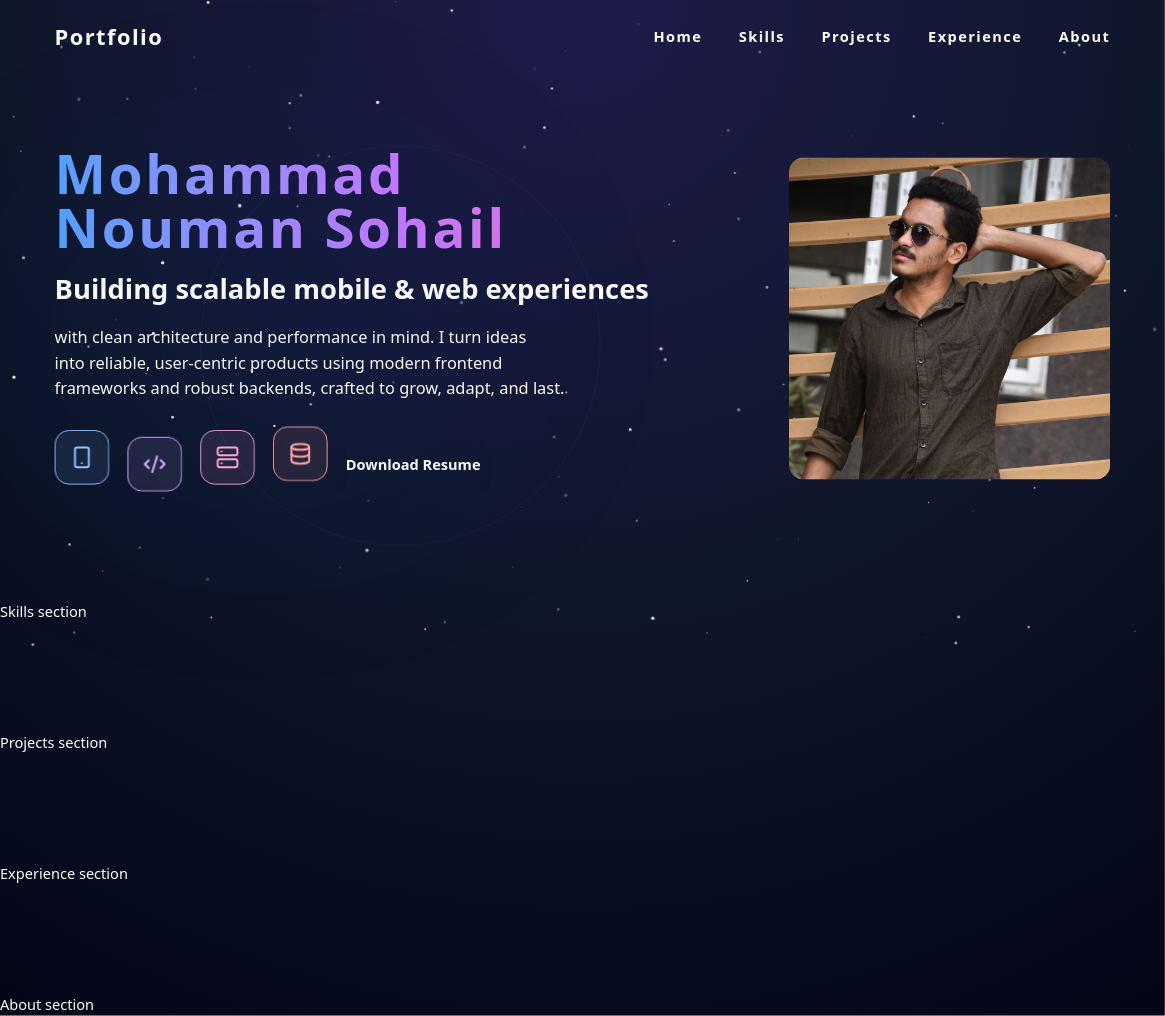
Repository: NoumanSohail/Nouman-Sohail-Portfolio
Page: /
The author's editor kept a copy of each file at every save. The page is drawn from the files as they stood at one save, then again after the next save.
The browser window is 1280 px wide. The pictures show the whole page, at 91% of full size.
The project was rebuilt for these pictures with package versions that can differ from the ones it lists, and the page was loaded fresh each time. The framework's server and built-in components were replaced by stand-ins that run in the browser. Also part of the build but not shown: next.config.ts.

Above is the page before, as saved 2026-01-24 21:19:37.

After the next save:
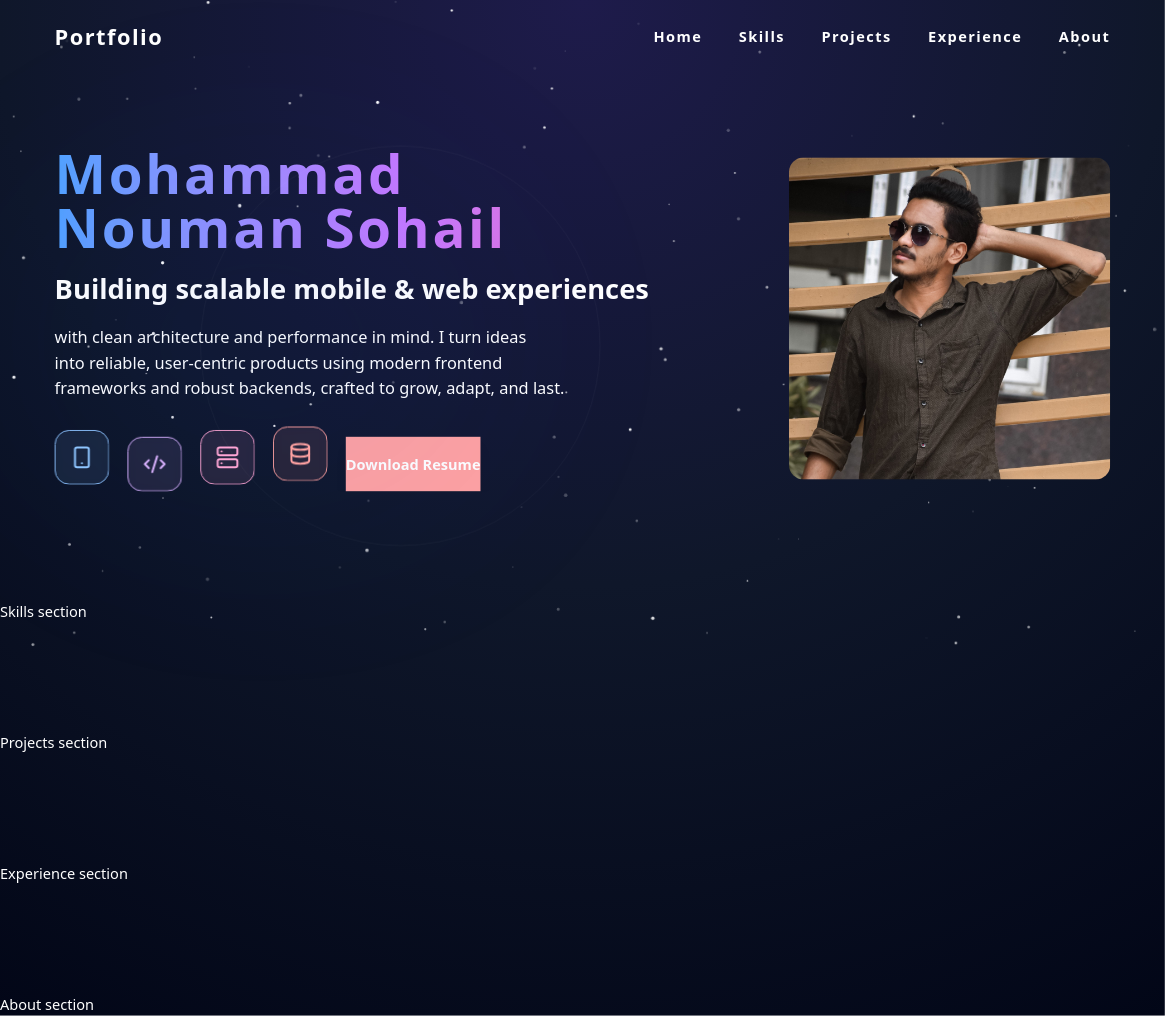
Saved 11 s later.
--- a/app/components/ui/Button.tsx
+++ b/app/components/ui/Button.tsx
@@ -34,7 +34,7 @@
         transition-all transform
         flex items-center justify-center gap-2
         duration-300
-
+        bg-red-300
         ${
           disabled
             ? "bg-(--color-gray) text-white cursor-not-allowed opacity-70 transition-all duration-300"

After the save that followed:
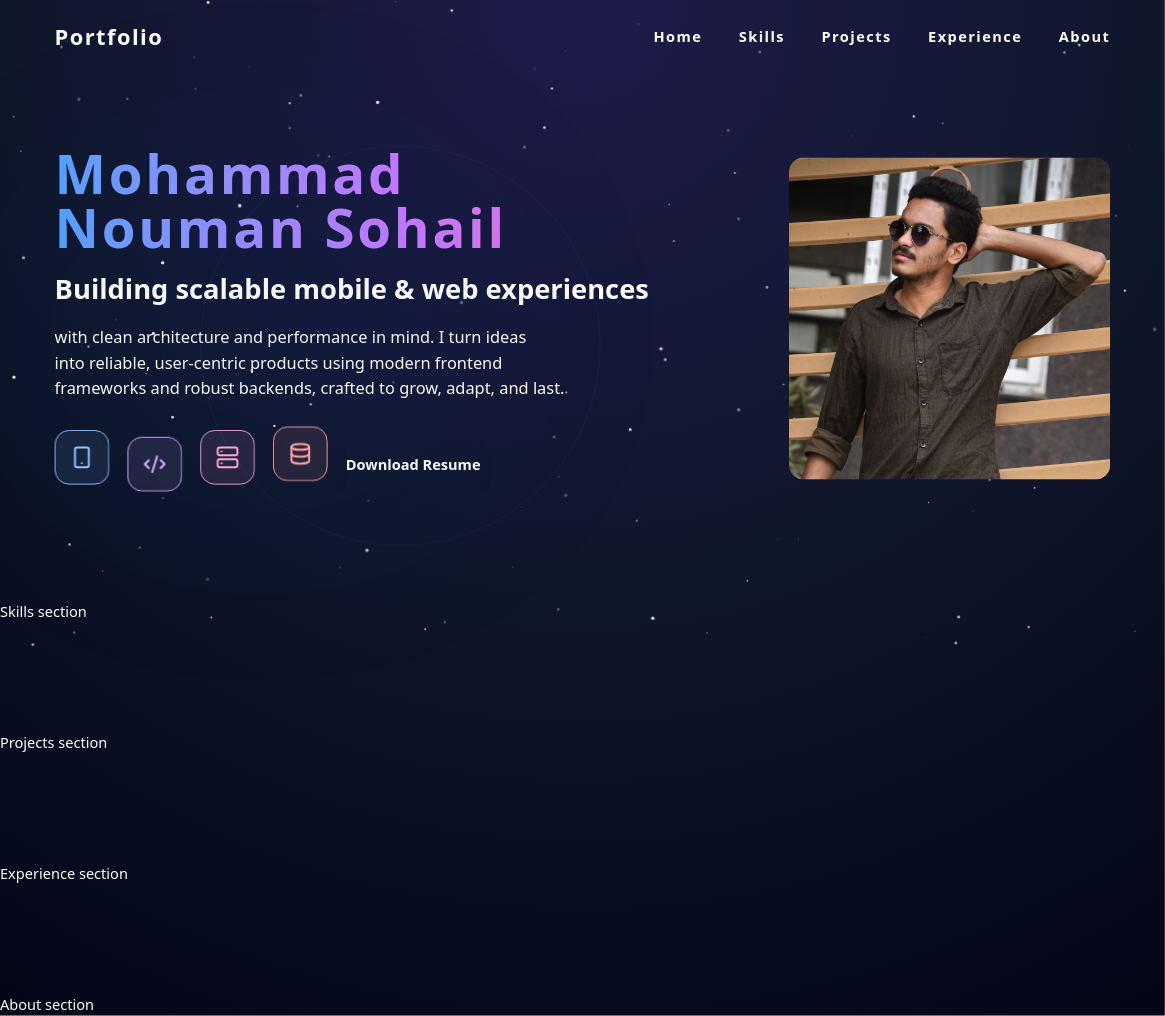
Saved 4 s later.
--- a/app/components/ui/Button.tsx
+++ b/app/components/ui/Button.tsx
@@ -34,7 +34,6 @@
         transition-all transform
         flex items-center justify-center gap-2
         duration-300
-        bg-red-300
         ${
           disabled
             ? "bg-(--color-gray) text-white cursor-not-allowed opacity-70 transition-all duration-300"
